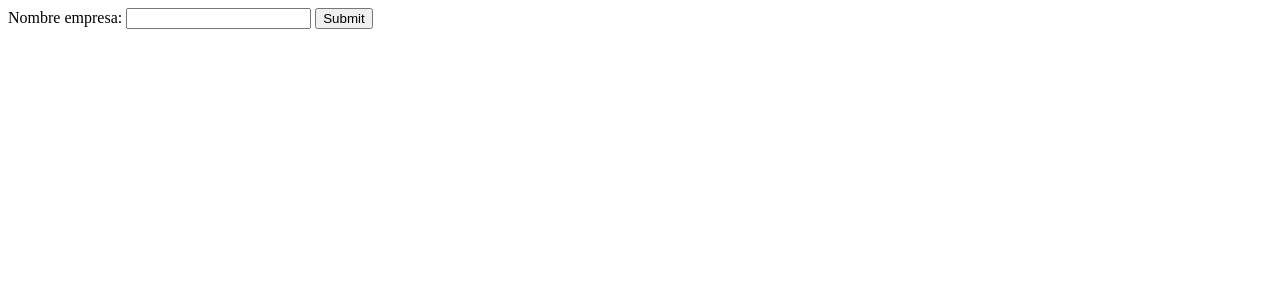
Repository: brayan-chiquito/java-servlent
Page: http://localhost/gerenciador/formModificarEmpresa.jsp
An editor plug-in stored every save of this project. The page is shown before and after the next save, followed by the edit.
The browser window is 1280 px wide. The pictures show the whole page.
The page is served by Tomcat 10. Other server files are loaded and not shown.

Above is the page before, as saved 2023-05-15 21:11:45.

### eclipse/gerenciador/src/main/webapp/formModificarEmpresa.jsp
<%@ taglib uri="http://java.sun.com/jsp/jstl/core" prefix="c"%>
<c:url value="/NuevaEmpresa" var="LinkservelentNuevaEmpresa"/>
<!DOCTYPE html>
<html>
<head>
<meta charset="UTF-8">
<title>Insert title here</title>
</head>
<body>
<!-- LinkservelentNuevaEmpresa se uso para eliminar la ruta de /gerenciador/NuevaEmpresa y asi evitar posibles errores en la actualizacion a futuro -->
	<form action="${ LinkservelentNuevaEmpresa }" method="post">

		Nombre empresa: <input type="text" name="nombre"/>
		<input type="submit"/>

	</form>

</body>
</html>

After the next save:
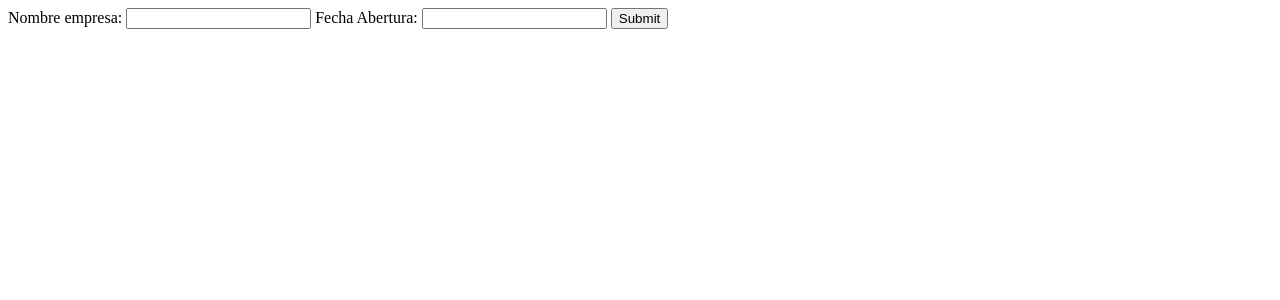
Saved 61 s later.
--- a/eclipse/gerenciador/src/main/webapp/formModificarEmpresa.jsp
+++ b/eclipse/gerenciador/src/main/webapp/formModificarEmpresa.jsp
@@ -11,6 +11,7 @@
 	<form action="${ LinkservelentNuevaEmpresa }" method="post">
 
 		Nombre empresa: <input type="text" name="nombre"/>
+		Fecha Abertura: <input type="text" name="fecha"/>
 		<input type="submit"/>
 
 	</form>
